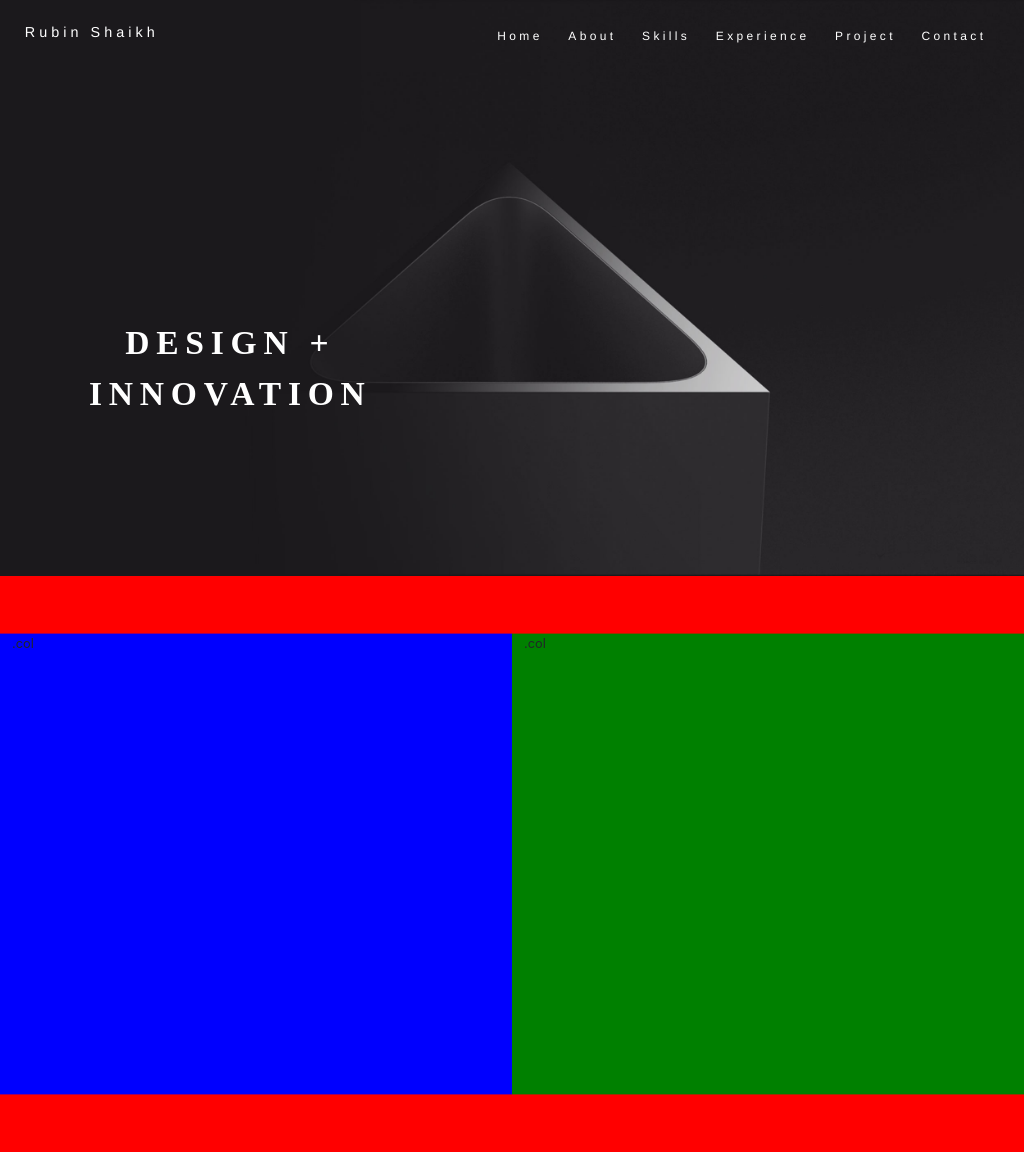
Repository: Rubin78/My-Portfolio
Page: /second
The author's editor kept a copy of each file at every save. The page is drawn from the files as they stood at one save, then again after the next save.
The browser window is 1280 px wide. The pictures show the whole page, at 80% of full size.
The project was rebuilt for these pictures with package versions that can differ from the ones it lists, and the page was loaded fresh each time. Also part of the build but not shown: src/components/First/First.module.css, src/components/First/First.js, src/components/Third.js.

Above is the page before, as saved 2020-07-21 18:23:03.

### src/App.js
import React from 'react';

// import './App.css';

import { BrowserRouter as Router, Switch, Route } from "react-router-dom";
import First from './components/First/First';
import Second from './components/Second';
import Third from './components/Third';
function App() {
  return (
    <Router>
        <div className="App">

          <Switch>
            <Route exact path="/" component={First} />
            <Route exact path="/second" component={Second} />
            <Route exact path="/third" component={Third} />



            <Route render={() => <h2>404 Page Not Found</h2>} />
          </Switch>
        </div>
      </Router>
  );
}

export default App;

### src/components/Second.js
// import React, { Component } from 'react';
// import { Link } from "react-router-dom";
// class Second extends Component {
//     render() {
//         console.log(this.props);
//         return (




//             <div>
//                 <Link to="/third" >Go to the third page</Link>

//         <div>{this.props.location.state}</div>
//             </div>
//         );
//     }
// }

// export default Second;








import React, { useState } from 'react';
import {
  Collapse,
  Navbar,
  NavbarToggler,
  NavbarBrand,
  Nav,
  NavItem,
  NavLink,
  UncontrolledDropdown,
  DropdownToggle,
  DropdownMenu,
  DropdownItem,
  NavbarText
} from 'reactstrap';
import { Container, Row, Col} from 'reactstrap';
import styles  from '../components/Second.css'
import hero1 from '../assests/hero1.jpg';
import { Hidden } from '@material-ui/core';


const Example = (props) => {
  const [isOpen, setIsOpen] = useState(false);

  const toggle = () => setIsOpen(!isOpen);

  return (
<div>
    <Container fluid  className="containerBody2" style={{  backgroundImage:`url(${hero1})`,backgroundColor:'red'}} >
    <div style={{backgroundColor:'transparent',height:90,display:'flex'}}>


      <Navbar color="red" light expand="md"  style={{display:'flex',flex:1,position:'sticky'}} >
        <NavbarBrand href="/"><h4  className="textheader1" >Rubin Shaikh</h4></NavbarBrand>
        <NavbarToggler onClick={toggle} style={{color:'white',backgroundColor:'#F5F5F5'}} />
        <Collapse isOpen={isOpen} navbar >
          <Nav className="mr-auto" navbar>



         </Nav>

         <NavLink  href="/components/"  className="textheader" >Home</NavLink>
         <NavLink href="/components/" className="textheader">About</NavLink>
          <NavLink href="/components/" className="textheader">Skills</NavLink>
          <NavLink href="/components/" className="textheader">Experience</NavLink>
          <NavLink href="/components/" className="textheader">Project</NavLink>
          <NavLink href="/components/" className="textheader">Contact</NavLink>
        </Collapse>
      </Navbar>
    </div>


<Col sm="5"  style={{ display:'flex',flex:1,
alignItems:'space-between',justifyContent:'center',paddingLeft:40,}}>
<div style={{display:'flex',height:450,flexDirection:'column',justifyContent:'flex-end',alignItems:'flex-start',marginBottom:20,}} >

    <div style={{color:'white',fontSize:42,textAlign:'center',fontFamily:"Patua One",fontWeight:"bolder",letterSpacing:'.20em'}} >
    {/* <div style={{color:'#ffffff',fontSize:15,textAlign:"left",letterSpacing:'.1em',paddingLeft:60}}>HELLO,</div> */}

      DESIGN +
   <p style={{paddingBottom:-15}}>INNOVATION</p></div>
    {/* <button onClick={this.submitHandler} >go to second page</button> */}
    </div>
</Col>
    </Container>


<Container fluid  className="container2">
<Row >
        <Col md="6" sm="6" className="container2column" style={{backgroundColor:"blue"}} >.col</Col>
        <Col md="6" sm="6" className="container2column" >.col</Col>



      </Row>
</Container>

    </div>
  );
}

export default Example;

### src/components/Second.css

.containerBody2{



    background-position: center;
    background-size: cover;
    background-repeat: 'no-repeat';
    height: 100vh;
    width: calc(100vw -12px);
    overflow: hidden;
    position: relative;
background-color: black;

}


.container2{

    height: 100vh;
    width: calc(100vw -12px);
    overflow: hidden;
    background-color: red;

position: relative;

align-items: center;
display: flex;
}


.textheader{


  color: white;
  font-size: 15px;
font-family: "Gotham-Medium","Helvetica Neue","sans-serif";
letter-spacing: .28em;
}



.textheader1{


    color: white;
    font-size: 18px;
  font-family: "Gotham-Medium","Helvetica Neue","sans-serif";
  letter-spacing: .28em;
  }




.textcolor{
font-size: 45px;
margin-bottom: 20px;
letter-spacing: -1px;
font-family: "Gotham-Bold","Helvetica Neue",sans-serif;


background-color: red;


}


.container2row{

display: flex;
flex: 1;

justify-content: center;
align-items: center;
height: 100vh;
background-color: blue;

}


.container2column{

    height: 80vh;
    width: 50vw;
    background-color: green;
}

Loaded but not shown: public/index.html (common file); src/index.js (common file); src/index.css (common file); src/serviceWorker.js (common file)

After the next save:
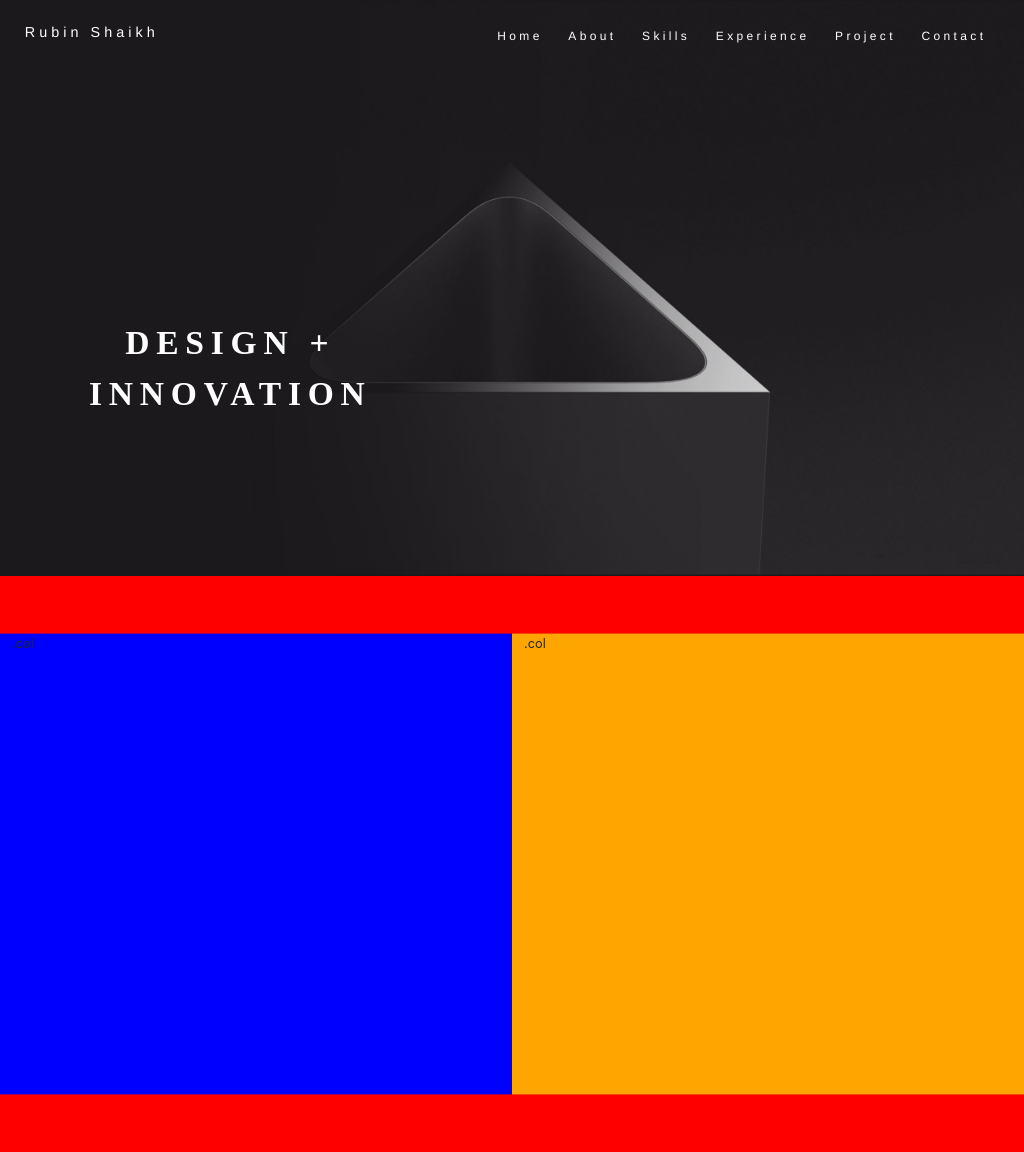
Saved 22 s later.
--- a/src/components/Second.js
+++ b/src/components/Second.js
@@ -97,7 +97,7 @@
 <Container fluid  className="container2">
 <Row >
         <Col md="6" sm="6" className="container2column" style={{backgroundColor:"blue"}} >.col</Col>
-        <Col md="6" sm="6" className="container2column" >.col</Col>
+        <Col md="6" sm="6" className="container2column"  style={{backgroundColor:"orange"}}>.col</Col>
 
 
 
